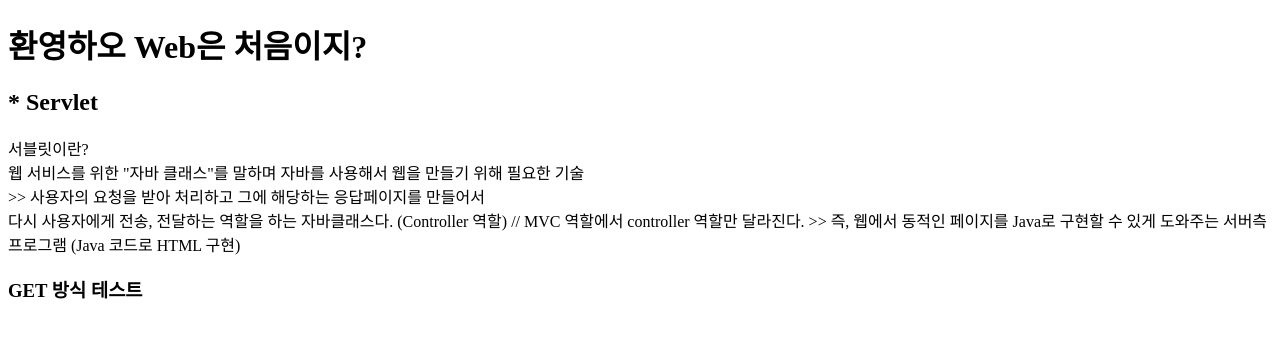
Repository: 1400CP/05_server-workspace1
Page: 1_Servlet/WebContent/index.html
An editor plug-in stored every save of this project. The page is shown before and after the next save, followed by the edit.
The browser window is 1280 px wide. The pictures show the whole page.

Above is the page before, as saved 2025-02-14 01:36:49.

### 1_Servlet/WebContent/index.html
<!DOCTYPE html>
<html>
<head>
<meta charset="UTF-8">
<title>Insert title here</title>
</head>
<body>

	<h1>환영하오 Web은 처음이지?</h1>

	<h2>* Servlet</h2>

	<p>
		서블릿이란? <br>
		웹 서비스를 위한 "자바 클래스"를 말하며 자바를 사용해서 웹을 만들기 위해 필요한 기술 <br>
		>> 사용자의 요청을 받아 처리하고 그에 해당하는 응답페이지를 만들어서<br>
		다시 사용자에게 전송, 전달하는 역할을 하는 자바클래스다. (Controller 역할)
			// MVC 역할에서 controller 역할만 달라진다.
		>> 즉, 웹에서 동적인 페이지를 Java로 구현할 수 있게 도와주는 서버측 프로그램 (Java 코드로 HTML 구현)
	</p>

	<h3><a>GET 방식 테스트</a></h3>

</body>
</html>

After the next save:
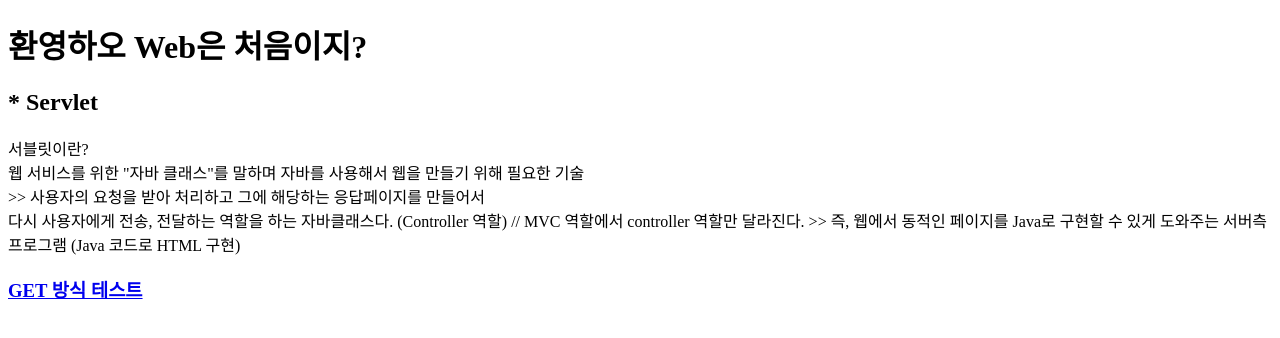
Saved 33 s later.
--- a/1_Servlet/WebContent/index.html
+++ b/1_Servlet/WebContent/index.html
@@ -19,7 +19,7 @@
 		>> 즉, 웹에서 동적인 페이지를 Java로 구현할 수 있게 도와주는 서버측 프로그램 (Java 코드로 HTML 구현)
 	</p>
 
-	<h3><a>GET 방식 테스트</a></h3>
+	<h3><a href="views/requestTest_GET.html">GET 방식 테스트</a></h3>
 
 </body>
 </html>
